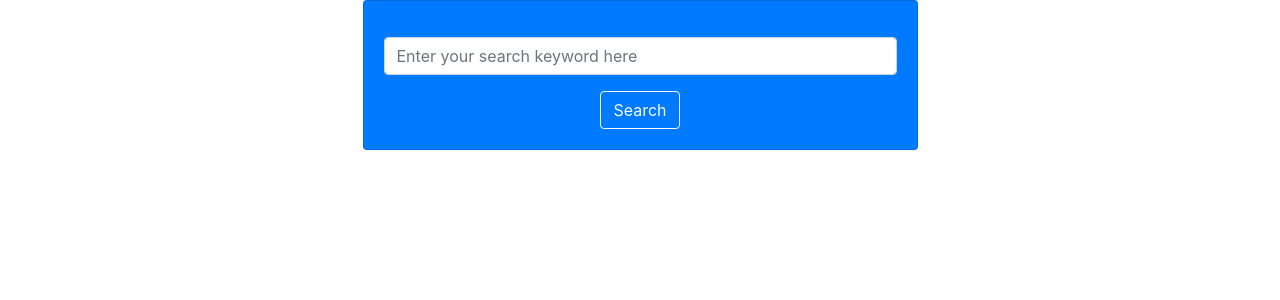
Repository: modinilesh/SpringMVC
Page: http://localhost/springmvcsearch/home
An editor plug-in stored every save of this project. The page is shown before and after the next save, followed by the edit.
The browser window is 1280 px wide. The pictures show the whole page.
Some web libraries are served in a nearby version. The page is served by Tomcat 9. Other server files are loaded and not shown.

Above is the page before, as saved 2023-10-20 07:24:18.

### springmvcsearch/src/main/webapp/WEB-INF/spring-servlet.xml
<?xml version="1.0" encoding="UTF-8"?>
<beans xmlns="http://www.springframework.org/schema/beans"
	xmlns:xsi="http://www.w3.org/2001/XMLSchema-instance"
	xmlns:context="http://www.springframework.org/schema/context"
	xmlns:p="http://www.springframework.org/schema/p"
	xmlns:tx="http://www.springframework.org/schema/tx"
	xsi:schemaLocation="http://www.springframework.org/schema/beans
		http://www.springframework.org/schema/beans/spring-beans.xsd
		http://www.springframework.org/schema/context
		http://www.springframework.org/schema/context/spring-context.xsd
		http://www.springframework.org/schema/mvc
        http://www.springframework.org/schema/mvc/spring-mvc.xsd
        http://www.springframework.org/schema/tx
        http://www.springframework.org/schema/tx/spring-tx.xsd">


	<context:component-scan base-package="springmvcsearch" /> <!--it will activate all annotations used in each packages starting with
		springmvcsearch name -->

	<!--Step-3 : Configuring view Resolver -->

	<bean
		class="org.springframework.web.servlet.view.InternalResourceViewResolver"
		name="viewResolver">
		<property name="prefix" value="/WEB-INF/views/" />
		<property name="suffix" value=".jsp" />
	</bean>


</beans>

### springmvcsearch/src/main/webapp/WEB-INF/views/home.jsp
<!doctype html>
<html lang="en">
<head>
<!-- Required meta tags -->
<meta charset="utf-8">
<meta name="viewport"
	content="width=device-width, initial-scale=1, shrink-to-fit=no">

<!-- Bootstrap CSS -->
<link rel="stylesheet"
	href="https://cdn.jsdelivr.net/npm/bootstrap@4.0.0/dist/css/bootstrap.min.css"
	integrity="sha384-Gn5384xqQ1aoWXA+058RXPxPg6fy4IWvTNh0E263XmFcJlSAwiGgFAW/dAiS6JXm"
	crossorigin="anonymous">

<title>Home Page</title>
</head>
<body>

	<div class="container">

		<div class="card mx-auto mt-10 bg-primary" style="width: 50%">

			<div class="card-body">

				<form action="" class="mt-3">

					<div class="form-group">
						<input type="text" name="querybox"
							placeholder="Enter your search keyword here" class="form-control" />
					</div>

					<div class="container text-center">
						<button class="btn btn-outline-light">Search</button>
					</div>

				</form>

			</div>

		</div>

	</div>





	<!-- Optional JavaScript -->
	<!-- jQuery first, then Popper.js, then Bootstrap JS -->
	<script src="https://code.jquery.com/jquery-3.2.1.slim.min.js"
		integrity="sha384-KJ3o2DKtIkvYIK3UENzmM7KCkRr/rE9/Qpg6aAZGJwFDMVNA/GpGFF93hXpG5KkN"
		crossorigin="anonymous"></script>
	<script
		src="https://cdn.jsdelivr.net/npm/popper.js@1.12.9/dist/umd/popper.min.js"
		integrity="sha384-ApNbgh9B+Y1QKtv3Rn7W3mgPxhU9K/ScQsAP7hUibX39j7fakFPskvXusvfa0b4Q"
		crossorigin="anonymous"></script>
	<script
		src="https://cdn.jsdelivr.net/npm/bootstrap@4.0.0/dist/js/bootstrap.min.js"
		integrity="sha384-JZR6Spejh4U02d8jOt6vLEHfe/JQGiRRSQQxSfFWpi1MquVdAyjUar5+76PVCmYl"
		crossorigin="anonymous"></script>
</body>
</html>

### springmvcsearch/src/main/java/springmvcsearch/SearchController.java
package springmvcsearch;

import org.springframework.stereotype.Controller;
import org.springframework.web.bind.annotation.RequestMapping;

@Controller
public class SearchController {

	@RequestMapping("/home")
	public String home() {
		return "home";
	}

}

After the next save:
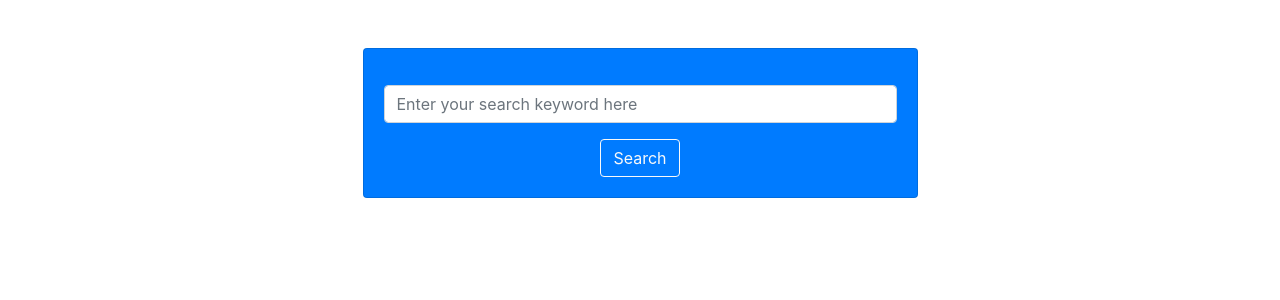
Saved 10 s later.
--- a/springmvcsearch/src/main/webapp/WEB-INF/views/home.jsp
+++ b/springmvcsearch/src/main/webapp/WEB-INF/views/home.jsp
@@ -18,7 +18,7 @@
 
 	<div class="container">
 
-		<div class="card mx-auto mt-10 bg-primary" style="width: 50%">
+		<div class="card mx-auto mt-5 bg-primary" style="width: 50%">
 
 			<div class="card-body">
 

After the save that followed:
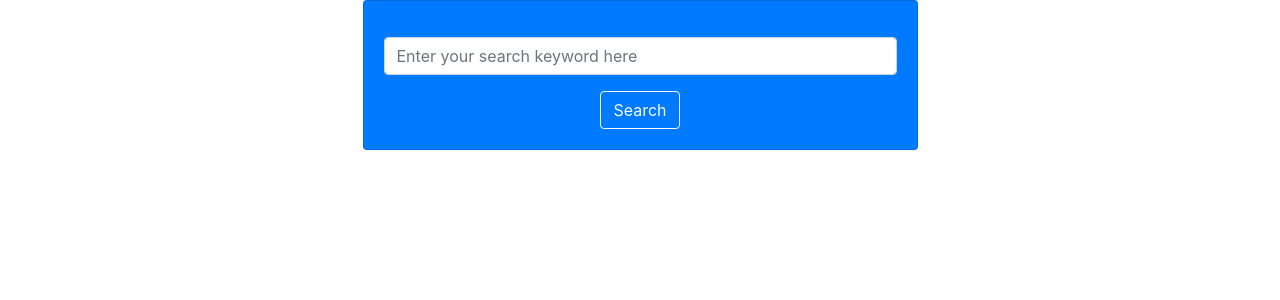
Saved 18 s later.
--- a/springmvcsearch/src/main/webapp/WEB-INF/views/home.jsp
+++ b/springmvcsearch/src/main/webapp/WEB-INF/views/home.jsp
@@ -18,7 +18,7 @@
 
 	<div class="container">
 
-		<div class="card mx-auto mt-5 bg-primary" style="width: 50%">
+		<div class="card mx-auto mt-50px bg-primary" style="width: 50%">
 
 			<div class="card-body">
 
